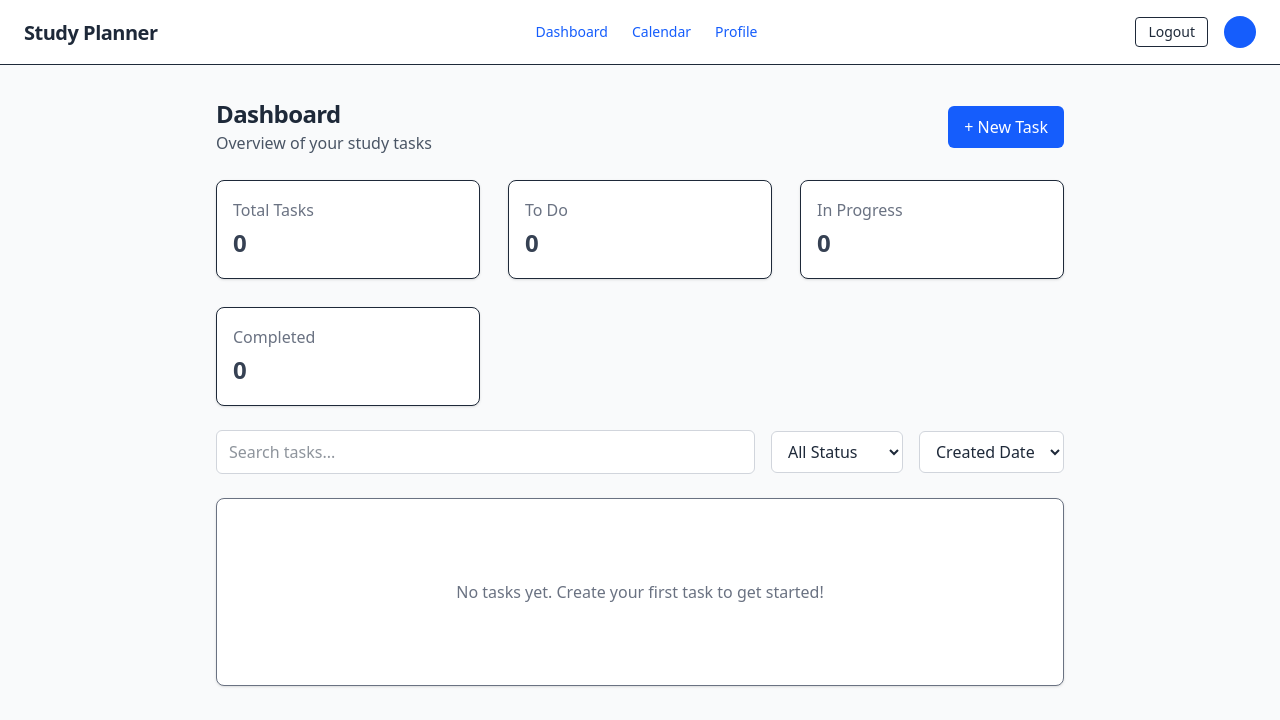
Repository: MarcusHoanggg/Personalized-Study-Planner
Page: / (app in Frontend/)
The author's editor kept a copy of each file at every save. The page is drawn from the files as they stood at one save, then again after the next save.
The browser window is 1280 px wide. The pictures show the whole page.
The project was rebuilt for these pictures with package versions that can differ from the ones it lists, and the page was loaded fresh each time. Also part of the build but not shown: Frontend/vite.config.ts, Frontend/src/components/TaskCard.tsx, Frontend/src/components/NewTaskModal.tsx, Frontend/src/components/EditTaskModal.tsx, Frontend/src/ui/Card.tsx, Frontend/src/pages/CalendarPage.tsx, Frontend/src/ui/Avatar.tsx, Frontend/src/pages/ProfilePage.tsx and 2 more.

Above is the page before, as saved 2026-02-06 21:39:00.

### Frontend/index.html
<!doctype html>
<html lang="en">
  <head>
    <meta charset="UTF-8" />
    <link rel="icon" type="image/svg+xml" href="/logo.svg" />
    <meta name="viewport" content="width=device-width, initial-scale=1.0" />
    <title>Study Planner</title>
    <script>
      // Set light mode BEFORE any CSS loads to prevent flash of dark mode
      (function() {
        const savedTheme = localStorage.getItem('theme');
        if (savedTheme !== 'dark') {
          document.documentElement.classList.remove('dark');
          localStorage.setItem('theme', 'light');
        } else {
          document.documentElement.classList.add('dark');
        }
      })();
    </script>
  </head>
  <body>
    <div id="root"></div>
    <script type="module" src="/src/main.tsx"></script>
  </body>
</html>

### Frontend/src/main.tsx
import React from "react";
import { StrictMode } from 'react'
import { createRoot } from 'react-dom/client'
import { BrowserRouter } from 'react-router-dom';
import ReactDOM from 'react-dom/client';
import './index.css'
import App from './App';

// Ensure light mode is the default
// Check localStorage for saved theme preference, default to light if not set
const savedTheme = localStorage.getItem('theme')
if (savedTheme === 'dark') {
  document.documentElement.classList.add('dark')
} else {
  // Default to light mode - remove dark class if present
  document.documentElement.classList.remove('dark')
  // Save light mode preference
  localStorage.setItem('theme', 'light')
}

ReactDOM.createRoot(document.getElementById('root')!).render(
  <React.StrictMode>
    <BrowserRouter>
      <App />
    </BrowserRouter>
  </React.StrictMode>,
);

### Frontend/src/App.tsx
// // src/App.tsx
// import { BrowserRouter, Routes, Route } from "react-router-dom";
// import MainLayout from "./layout/MainLayout";
// import DashboardPage from "./pages/DashboardPage";
// import CalendarPage from "./pages/CalendarPage";
// import ProfilePage from "./pages/ProfilePage";

// export default function App() {
//   return (
//     <BrowserRouter>
//       <Routes>
//         <Route element={<MainLayout />}>
//           <Route path="/" element={<DashboardPage />} />
//           <Route path="/dashboard" element={<DashboardPage />} />
//           <Route path="/calendar" element={<CalendarPage />} />
//           <Route path="/profile" element={<ProfilePage />} />
//         </Route>
//       </Routes>
//     </BrowserRouter>
//   );
// }

import { Routes, Route } from "react-router-dom";
import MainLayout from "./layout/MainLayout";
import DashboardPage from "./pages/DashboardPage";
import CalendarPage from "./pages/CalendarPage";
import ProfilePage from "./pages/ProfilePage";
import LoginPage from "./pages/LoginPage";
import SignupPage from "./pages/SignupPage";

export default function App() {
  return (
    <Routes>
       <Route path="/signup" element={<SignupPage />} />
       <Route path="/login" element={<LoginPage />} />
      <Route element={<MainLayout />}>
        <Route path="/" element={<DashboardPage />} />
        <Route path="/dashboard" element={<DashboardPage />} />
        <Route path="/calendar" element={<CalendarPage />} />
        <Route path="/profile" element={<ProfilePage />} />
      </Route>
    </Routes>
  );
}

### Frontend/src/layout/MainLayout.tsx
// // src/layout/MainLayout.tsx
// import { NavLink, Outlet, useNavigate } from 'react-router-dom';
// import { logout, getCurrentUser } from '../services/auth';

// export default function MainLayout() {
//   const navigate = useNavigate();
//   const user = getCurrentUser();

//   const handleLogout = () => {
//     logout();
//     navigate('/login');
//   };

//   return (
//     <div className="app">
//       <header className="topbar">
//         <div className="logo">Study Planner</div>
//         <nav className="nav">
//           <NavLink to="/" end>Dashboard</NavLink>
//           <NavLink to="/calendar">Calendar</NavLink>
//           <NavLink to="/profile">Profile</NavLink>
//         </nav>
//         <div className="topbar-right">
//           <button onClick={handleLogout}>Logout</button>
//           <div className="avatar">{user?.username[0]?.toUpperCase()}</div>
//         </div>
//       </header>
//       <main className="content">
//         <Outlet />
//       </main>
//     </div>
//   );
// }
//
// src/layout/MainLayout.tsx
import { NavLink, Outlet, useNavigate } from "react-router-dom";
import { logout, getCurrentUser } from "../services/auth";

export default function MainLayout() {
  const navigate = useNavigate();
  const user = getCurrentUser();

  const handleLogout = () => {
    logout();
    navigate("/login");
  };

  return (
    <div className="min-h-screen bg-gray-50 dark:bg-slate-900 text-gray-800 dark:text-slate-50">
      <header className="bg-white dark:bg-slate-800 border-b border-border px-6 py-4 flex items-center justify-between">
        <h1 className="text-xl font-bold">Study Planner</h1>

        <nav className="flex gap-6 text-sm font-medium">
          <NavLink to="/dashboard" className={({ isActive }) => isActive ? "text-blue-600" : ""}>
            Dashboard
          </NavLink>
          <NavLink to="/calendar" className={({ isActive }) => isActive ? "text-blue-600" : ""}>
            Calendar
          </NavLink>
          <NavLink to="/profile" className={({ isActive }) => isActive ? "text-blue-600" : ""}>
            Profile
          </NavLink>
        </nav>

        <div className="flex items-center gap-4">
          <button onClick={handleLogout} className="text-sm px-3 py-1 border rounded">
            Logout
          </button>
          <div className="w-8 h-8 rounded-full bg-blue-600 text-white flex items-center justify-center">
            {user?.username?.[0]?.toUpperCase()}
          </div>
        </div>
      </header>

      <main className="max-w-4xl mx-auto px-6 py-8">
        <Outlet />
      </main>
    </div>
  );
}

### Frontend/src/pages/DashboardPage.tsx

// import { useEffect, useState } from "react";
// import { getTasks, createTask } from "../services/tasks";
// import PageHeader from "../ui/PageHeader";
// import StatsCard from "../ui/StatsCard";
// import Input from "../ui/Input";
// import Select from "../ui/Select";
// import Button from "../ui/Button";
// import EmptyState from "../ui/EmptyState";
// import type { Task } from "../types";
// import TaskCard from "../components/TaskCard";
// import NewTaskModal from "../components/NewTaskModal";

// export default function DashboardPage() {
//   const [tasks, setTasks] = useState<Task[]>([]);
//   const [search, setSearch] = useState("");
//   const [statusFilter, setStatusFilter] = useState<"all" | Task["status"]>("all");
//   const [showModal, setShowModal] = useState(false);

//   useEffect(() => {
//     getTasks().then((data) => setTasks(data));
//   }, []);

//   const stats = {
//     total: tasks.length,
//     todo: tasks.filter((t) => t.status === "todo").length,
//     inProgress: tasks.filter((t) => t.status === "in_progress").length,
//     completed: tasks.filter((t) => t.status === "completed").length,
//   };

//   const filtered = tasks.filter((t) => {
//     const matchesStatus = statusFilter === "all" || t.status === statusFilter;
//     const matchesSearch = t.title.toLowerCase().includes(search.toLowerCase());
//     return matchesStatus && matchesSearch;
//   });

//   const handleCreateTask = async (task: Task) => {
//     const newTask = await createTask(task);
//     setTasks((prev) => [...prev, newTask]);
//   };

//   return (
//     <div className="animate-pageFade">
//       <PageHeader title="Dashboard" subtitle="Overview of your study tasks">
//         <Button onClick={() => setShowModal(true)}>+ New Task</Button>
//       </PageHeader>

//       {showModal && (
//         <NewTaskModal
//           onClose={() => setShowModal(false)}
//           onCreate={handleCreateTask}
//         />
//       )}

//       <div className="grid grid-cols-4 gap-4 mb-6">
//         <StatsCard label="Total Tasks" value={stats.total} />
//         <StatsCard label="To Do" value={stats.todo} />
//         <StatsCard label="In Progress" value={stats.inProgress} />
//         <StatsCard label="Completed" value={stats.completed} />
//       </div>

//       <div className="flex items-center gap-4 mb-6">
//         <Input
//           placeholder="Search tasks..."
//           value={search}
//           onChange={(e) => setSearch(e.target.value)}
//         />

//         <Select
//           value={statusFilter}
//           onChange={(e) =>
//             setStatusFilter(e.target.value as "all" | Task["status"])
//           }
//         >
//           <option value="all">All Status</option>
//           <option value="todo">To Do</option>
//           <option value="in_progress">In Progress</option>
//           <option value="completed">Completed</option>
//         </Select>

//         <Select>
//           <option>Created Date</option>
//           <option>Deadline</option>
//           <option>Priority</option>
//         </Select>
//       </div>

//       {filtered.length === 0 ? (
//         <EmptyState message="No tasks yet. Create your first task to get started!" />
//       ) : (
//         <div className="space-y-3">
//   {filtered
//     .sort((a, b) => new Date(b.createdAt).getTime() - new Date(a.createdAt).getTime())
//     .map((t) => (
//       <TaskCard
//         key={t.id}
//         task={t}
//         onUpdate={(updated) =>
//           setTasks((prev) =>
//             prev.map((task) => (task.id === updated.id ? updated : task))
//           )
//         }
//         onDelete={(id) =>
//           setTasks((prev) => prev.filter((task) => task.id !== id))
//         }
//       />
//     ))}
// </div>

//       )}
//     </div>
//   );
// }

import { useEffect, useState } from "react";
import PageHeader from "../ui/PageHeader";
import StatsCard from "../ui/StatsCard";
import Input from "../ui/Input";
import Select from "../ui/Select";
import Button from "../ui/Button";
import EmptyState from "../ui/EmptyState";
import type { Task, TaskStatus } from "../types";
import TaskCard from "../components/TaskCard";
import NewTaskModal from "../components/NewTaskModal";
import EditTaskModal from "../components/EditTaskModal";

type StatusFilter = "all" | TaskStatus;
type SortBy = "created" | "deadline" | "priority";

export default function DashboardPage() {
  const [tasks, setTasks] = useState<Task[]>([]);
  const [search, setSearch] = useState("");
  const [statusFilter, setStatusFilter] = useState<StatusFilter>("all");
  const [sortBy, setSortBy] = useState<SortBy>("created");
  const [showNewModal, setShowNewModal] = useState(false);
  const [editingTask, setEditingTask] = useState<Task | null>(null);
  const [deleteId, setDeleteId] = useState<string | null>(null);

  // load from localStorage
  useEffect(() => {
    const saved = localStorage.getItem("tasks");
    if (saved) {
      setTasks(JSON.parse(saved));
    }
  }, []);

  // save to localStorage
  useEffect(() => {
    localStorage.setItem("tasks", JSON.stringify(tasks));
  }, [tasks]);

  const stats = {
    total: tasks.length,
    todo: tasks.filter((t) => t.status === "todo").length,
    inProgress: tasks.filter((t) => t.status === "in_progress").length,
    completed: tasks.filter((t) => t.status === "completed").length,
  };

  const filtered = tasks.filter((t) => {
    const matchesStatus = statusFilter === "all" || t.status === statusFilter;
    const matchesSearch = t.title.toLowerCase().includes(search.toLowerCase());
    return matchesStatus && matchesSearch;
  });

  let sorted = [...filtered];

  if (sortBy === "created") {
    sorted.sort(
      (a, b) =>
        new Date(b.createdAt).getTime() - new Date(a.createdAt).getTime()
    );
  } else if (sortBy === "deadline") {
    sorted.sort(
      (a, b) =>
        new Date(a.deadline ?? 0).getTime() -
        new Date(b.deadline ?? 0).getTime()
    );
  } else if (sortBy === "priority") {
    const order: Record<NonNullable<Task["priority"]>, number> = {
      high: 3,
      medium: 2,
      low: 1,
    };
    sorted.sort(
      (a, b) =>
        (order[b.priority ?? "medium"] ?? 2) -
        (order[a.priority ?? "medium"] ?? 2)
    );
  }

  const handleCreateTask = (task: Task) => {
    setTasks((prev) => [...prev, task]);
  };

  const handleUpdateTask = (updated: Task) => {
    setTasks((prev) => prev.map((t) => (t.id === updated.id ? updated : t)));
  };

  const handleDeleteTask = (id: string) => {
    setDeleteId(id);
  };

  const confirmDelete = () => {
    if (!deleteId) return;
    setTasks((prev) => prev.filter((t) => t.id !== deleteId));
    setDeleteId(null);
  };

  return (
    <div className="animate-pageFade">
      <PageHeader title="Dashboard" subtitle="Overview of your study tasks">
        <Button onClick={() => setShowNewModal(true)}>+ New Task</Button>
      </PageHeader>

      {showNewModal && (
        <NewTaskModal
          onClose={() => setShowNewModal(false)}
          onCreate={handleCreateTask}
        />
      )}

      {editingTask && (
        <EditTaskModal
          task={editingTask}
          onClose={() => setEditingTask(null)}
          onSave={handleUpdateTask}
        />
      )}

      {deleteId && (
        <div className="fixed inset-0 bg-black/40 flex items-center justify-center z-50">
          <div className="bg-white dark:bg-slate-900 rounded-xl p-5 w-full max-w-sm shadow-xl">
            <h3 className="text-lg font-semibold mb-2">Delete task?</h3>
            <p className="text-sm text-gray-600 dark:text-gray-300 mb-4">
              This action cannot be undone.
            </p>
            <div className="flex justify-end gap-3">
              <Button variant="outline" onClick={() => setDeleteId(null)}>
                Cancel
              </Button>
              <Button onClick={confirmDelete}>Delete</Button>
            </div>
          </div>
        </div>
      )}

      <div className="grid grid-cols-3 gap-7 mb-6">
        <StatsCard label="Total Tasks" value={stats.total} />
        <StatsCard label="To Do" value={stats.todo} />
        <StatsCard label="In Progress" value={stats.inProgress} />
        <StatsCard label="Completed" value={stats.completed} />
      </div>

      <div className="flex items-center gap-4 mb-6">
        <Input
          placeholder="Search tasks..."
          value={search}
          onChange={(e) => setSearch(e.target.value)}
        />

        <Select
          value={statusFilter}
          onChange={(e) =>
            setStatusFilter(e.target.value as StatusFilter)
          }
        >
          <option value="all">All Status</option>
          <option value="todo">To Do</option>
          <option value="in_progress">In Progress</option>
          <option value="completed">Completed</option>
        </Select>

        <Select
          value={sortBy}
          onChange={(e) => setSortBy(e.target.value as SortBy)}
        >
          <option value="created">Created Date</option>
          <option value="deadline">Deadline</option>
          <option value="priority">Priority</option>
        </Select>
      </div>

      {sorted.length === 0 ? (
        <EmptyState message="No tasks yet. Create your first task to get started!" />
      ) : (
        <div className="space-y-3">
          {sorted.map((t) => (
            <div
              key={t.id}
              className="transition-transform duration-200 hover:scale-[1.01]"
            >
              <TaskCard
                task={t}
                onUpdate={handleUpdateTask}
                onDelete={handleDeleteTask}
                onEdit={(task) => setEditingTask(task)}
              />
            </div>
          ))}
        </div>
      )}
    </div>
  );
}

### Frontend/src/services/auth.ts
// src/services/auth.ts
import type { User } from '../types';

let currentUser: User | null = null;

export function loginWithEmail(email: string): Promise<User> {
  return new Promise(resolve => {
    setTimeout(() => {
      currentUser = {
        id: '1',
        username: email.split('@')[0] || 'user',
        email,
        name: '',
        bio: '',
      };
      resolve(currentUser);
    }, 400);
  });
}

export function getCurrentUser(): User | null {
  return currentUser;
}

export function logout(): void {
  currentUser = null;
}

### Frontend/src/ui/PageHeader.tsx
import { ReactNode } from "react";

interface PageHeaderProps {
  title: string;
  subtitle?: string;
  children?: ReactNode;
}

export default function PageHeader({ title, subtitle, children }: PageHeaderProps) {
  return (
    <div className="flex items-center justify-between mb-6">
      <div>
        <h2>{title}</h2>
        {subtitle && (
          <p className="text-gray-600 dark:text-slate-300">{subtitle}</p>
        )}
      </div>
      {children}
    </div>
  );
}

### Frontend/src/ui/StatsCard.tsx
interface StatsCardProps {
  label: string;
  value: number | string;
}

export default function StatsCard({ label, value }: StatsCardProps) {
  return (
    <div className="bg-white dark:bg-slate-800 border border-border rounded-lg shadow p-4">
      <p className="text-gray-500 dark:text-slate-400">{label}</p>
      <p className="text-2xl font-bold">{value}</p>
    </div>
  );
}

### Frontend/src/ui/Input.tsx
import { InputHTMLAttributes } from "react";

export default function Input({ className = "", ...props }: InputHTMLAttributes<HTMLInputElement>) {
  return (
    <input
      className={`w-full px-3 py-2 rounded-md border border-gray-300 dark:border-slate-700 bg-white dark:bg-slate-800 text-gray-800 dark:text-slate-50 focus:ring-2 focus:ring-blue-500 outline-none ${className}`}
      {...props}
    />
  );
}

### Frontend/src/ui/Select.tsx
import { SelectHTMLAttributes } from "react";

export default function Select({ className = "", ...props }: SelectHTMLAttributes<HTMLSelectElement>) {
  return (
    <select
      className={`px-3 py-2 rounded-md border border-gray-300 dark:border-slate-700 bg-white dark:bg-slate-800 text-gray-800 dark:text-slate-50 focus:ring-2 focus:ring-blue-500 outline-none ${className}`}
      {...props}
    />
  );
}

### Frontend/src/ui/Button.tsx
import { ButtonHTMLAttributes } from "react";

interface Props extends ButtonHTMLAttributes<HTMLButtonElement> {
  variant?: "primary" | "secondary" | "outline";
}

export default function Button({ variant = "primary", className = "", ...props }: Props) {
  const base =
    "px-4 py-2 rounded-md font-medium transition-all duration-200 disabled:opacity-50 disabled:cursor-not-allowed";

  const variants = {
    primary: "bg-blue-600 text-white hover:bg-blue-700",
    secondary: "bg-gray-200 text-gray-800 hover:bg-gray-300 dark:bg-slate-700 dark:text-slate-50",
    outline:
      "border border-gray-300 dark:border-slate-600 text-gray-800 dark:text-slate-50 hover:bg-gray-100 dark:hover:bg-slate-800",
  };

  return <button className={`${base} ${variants[variant]} ${className}`} {...props} />;
}

### Frontend/src/ui/EmptyState.tsx
interface EmptyStateProps {
  message: string;
}

export default function EmptyState({ message }: EmptyStateProps) {
  return (
    <div className="text-center text-gray-500 dark:text-slate-400 py-20 bg-white dark:bg-slate-800 rounded-lg border border-border shadow">
      {message}
    </div>
  );
}

Loaded but not shown: Frontend/src/index.css (272 lines, source omitted)

After the next save:
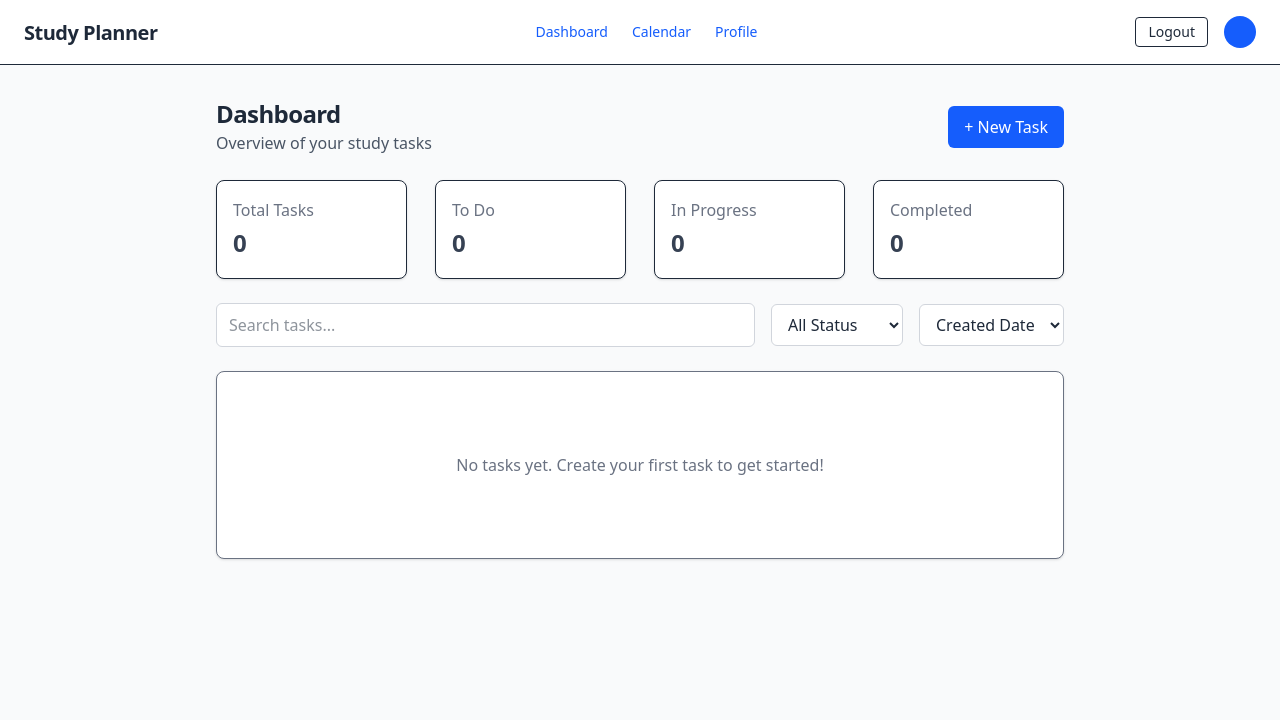
Saved 9 s later.
--- a/Frontend/src/pages/DashboardPage.tsx
+++ b/Frontend/src/pages/DashboardPage.tsx
@@ -244,7 +244,7 @@ export default function DashboardPage() {
         </div>
       )}
 
-      <div className="grid grid-cols-3 gap-7 mb-6">
+      <div className="grid grid-cols-4 gap-7 mb-6">
         <StatsCard label="Total Tasks" value={stats.total} />
         <StatsCard label="To Do" value={stats.todo} />
         <StatsCard label="In Progress" value={stats.inProgress} />
